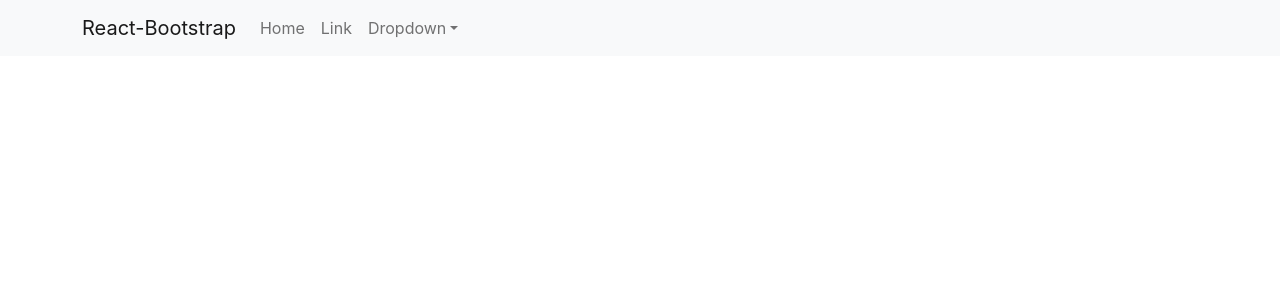
Repository: sonchangdo/mokdong
Page: / (app in shop/)
The author's editor kept a copy of each file at every save. The page is drawn from the files as they stood at one save, then again after the next save.
The browser window is 1280 px wide. The pictures show the whole page.
The project was rebuilt for these pictures with package versions that can differ from the ones it lists, and the page was loaded fresh each time.

Above is the page before, as saved 2022-01-10 12:19:41.

After the next save:
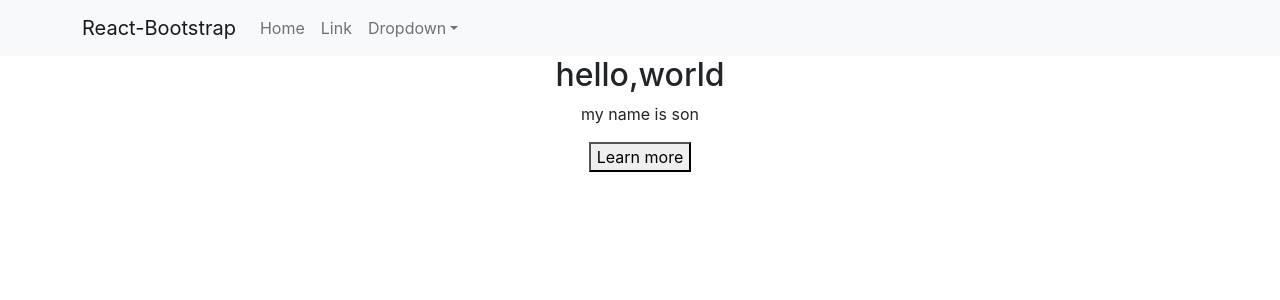
Saved 4 min 6 s later.
--- a/shop/src/App.js
+++ b/shop/src/App.js
@@ -25,6 +25,13 @@ function App() {
           </Navbar.Collapse>
         </Container>
       </Navbar>
+      <div className="jumbotron">
+        <h2>hello,world</h2>
+        <p>my name is son</p>
+        <p>
+          <button variant="primary">Learn more</button>
+        </p>
+      </div>
     </div>
   );
 }
